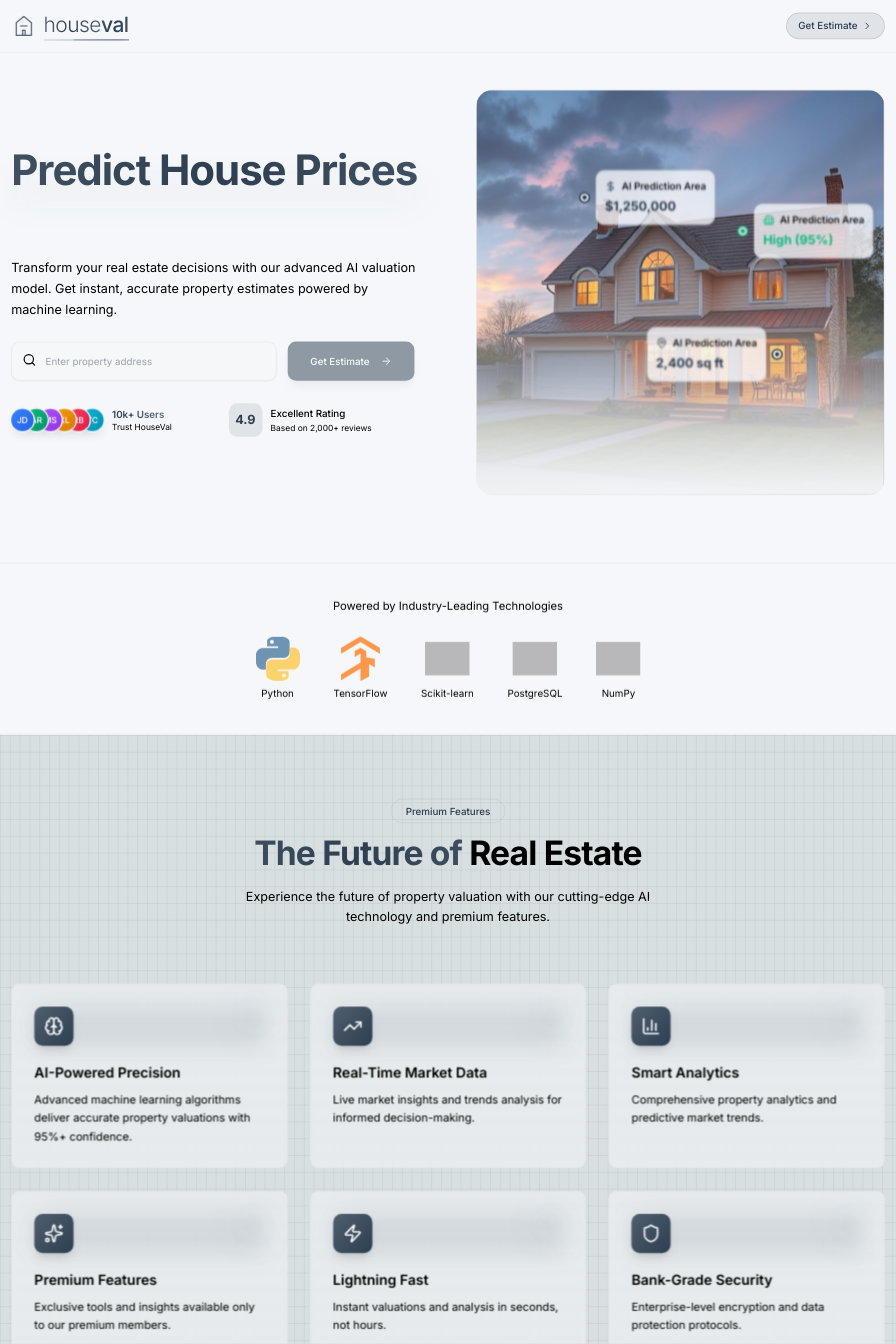
Repository: Rayyy-dev/HouseVal
Page: /
An editor plug-in stored every save of this project. The page is shown before and after the next save, followed by the edit.
The browser window is 1280 px wide. The pictures show the part of the page from y = 0 to 1920 px (the page is 4494 px tall), at 70% of full size.
Pictures or frames that could not be fetched are drawn as grey boxes. The project was rebuilt for these pictures with package versions that can differ from the ones it lists, and the page was loaded fresh each time. The framework's server and built-in components were replaced by stand-ins that run in the browser. Also part of the build but not shown: next.config.ts. Imported but missing from the stored project, and not drawn on this page: src/components/ui/command.

Above is the page before, as saved 2025-01-18 14:17:07.

After the next save:
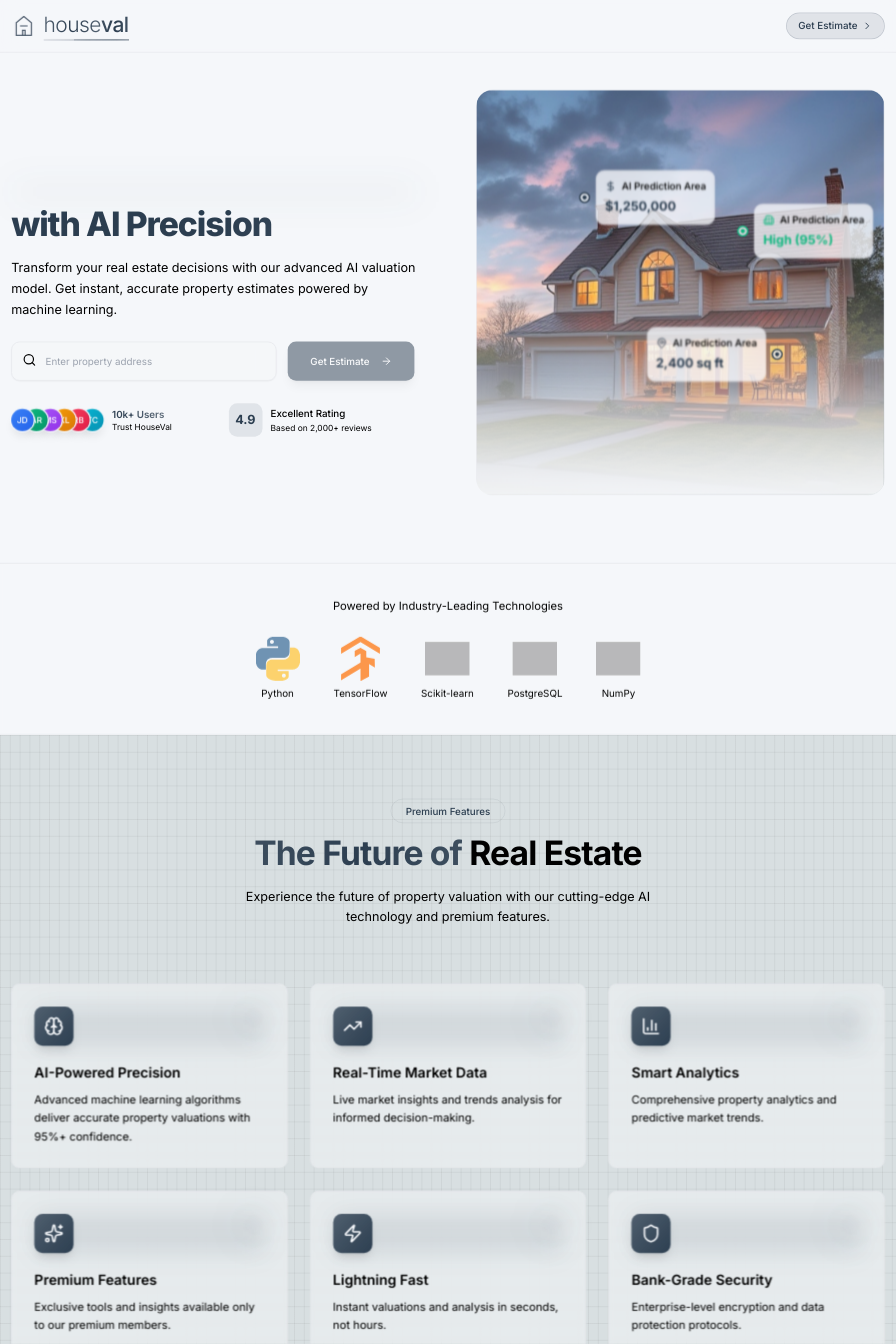
Saved 52 s later.
--- a/src/components/landing-page/sections/hero.tsx
+++ b/src/components/landing-page/sections/hero.tsx
@@ -96,14 +96,14 @@
             <h1 className="text-5xl sm:text-6xl font-bold leading-[1.1] tracking-tight">
               <span className="inline-block">
                 <span className="relative inline-flex items-center">
-                  <span className="relative z-10 bg-gradient-to-r from-primary/90 via-primary to-primary/90 bg-clip-text text-transparent">
+                  <span className="relative z-10 bg-gradient-to-r from-foreground via-foreground/90 to-foreground bg-clip-text text-transparent">
                     Predict House Prices
                   </span>
                   <div className="absolute inset-x-0 -bottom-2 h-3 bg-primary/10 blur-xl" />
                 </span>
               </span>
               <br />
-              <span className="text-4xl sm:text-5xl bg-gradient-to-r from-foreground via-foreground/90 to-foreground bg-clip-text text-transparent mt-6 block">
+              <span className="text-4xl sm:text-5xl bg-gradient-to-r from-primary via-primary to-primary/90 bg-clip-text text-transparent mt-6 block font-extrabold">
                 with AI Precision
               </span>
             </h1>
